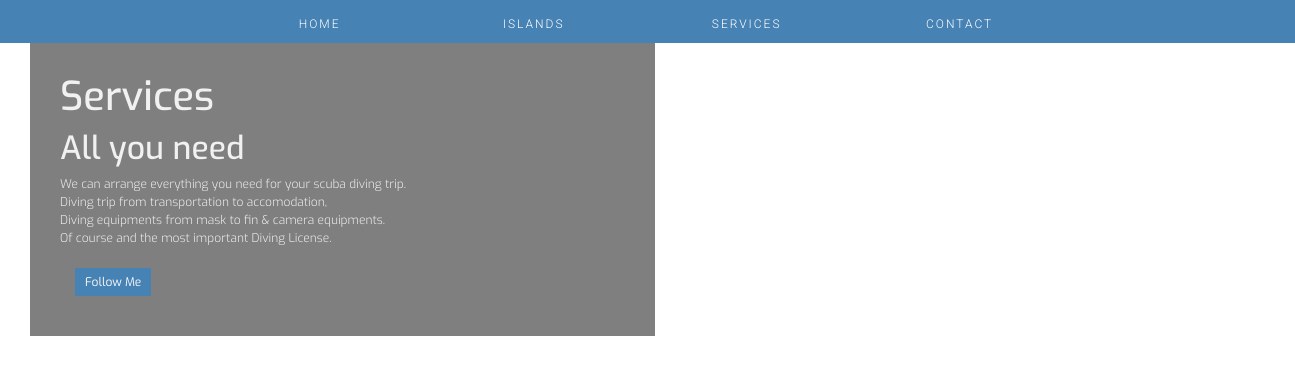
Repository: Code-Institute-Submissions/cathyann-diving.github.io
Page: services.html
The author's editor kept a record of every edit. The page is drawn from the files as they stood at one moment, then again after the next edit.
The browser window is 1280 px wide. The page is 1295 px wide, so the pictures cover 1295 px, including what lies to the right of the window. The pictures show the whole page.

Above is the page before.

After the next edit:
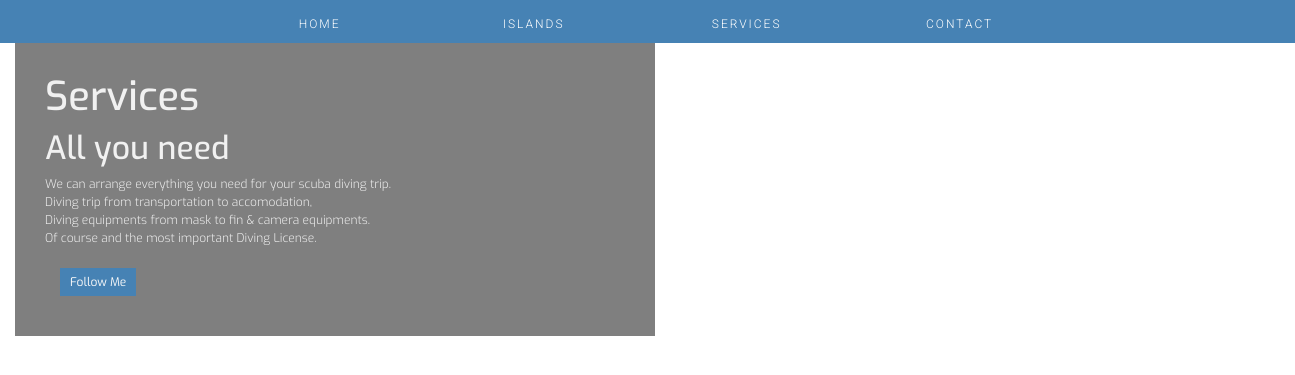
The edit:
--- a/services.html
+++ b/services.html
@@ -35,8 +35,8 @@
             </div>
         </div>
     </div>
-    <div class="col">
-    <div class="container bg-services">
+    <div class="bg-services">
+    <div class="container">
         <div class="content col-12 col-sm-6 col-lg-6">
             <h1>Services</h1>
             <h2>All you need</h2>
